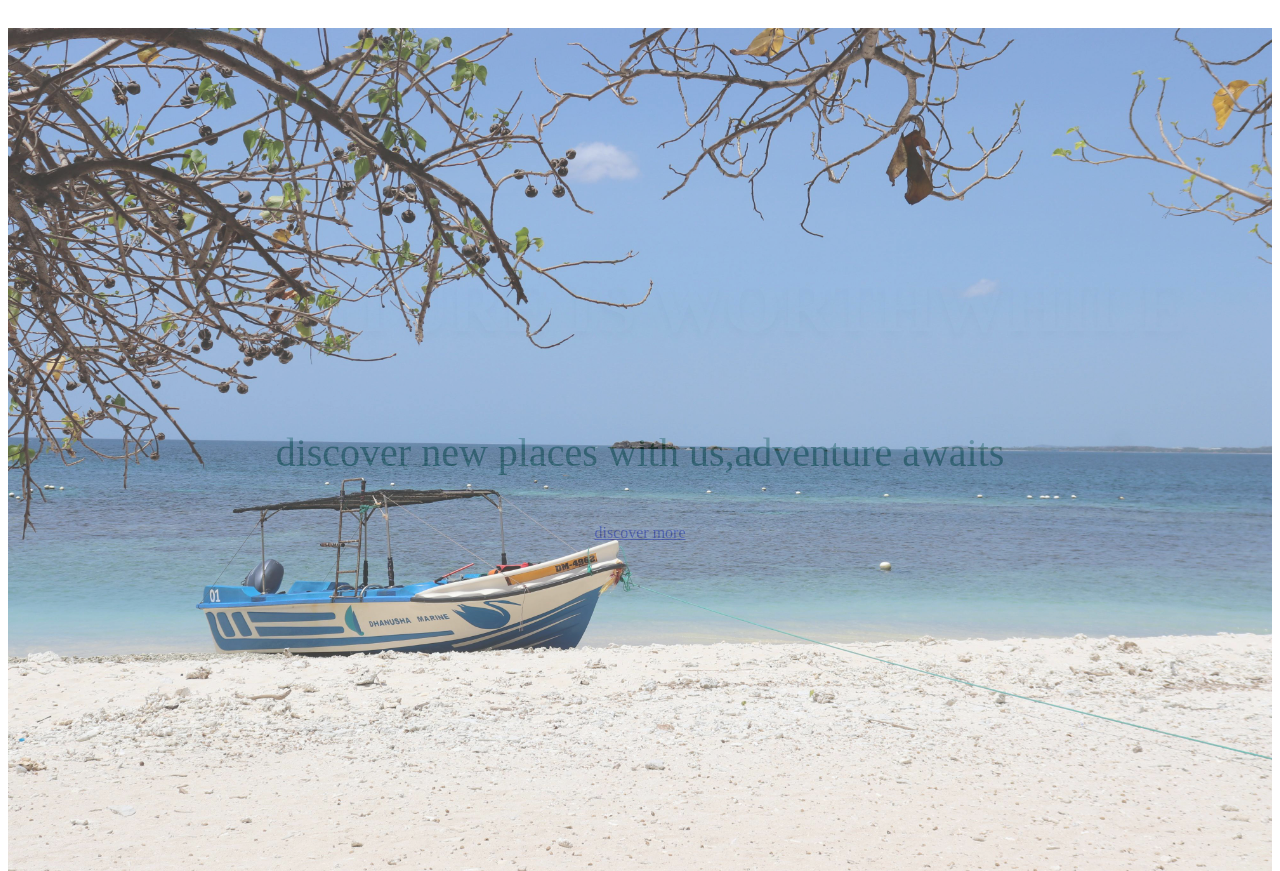
Repository: KasunInd27/Ceylon-Journey
Page: Home/home.html
These files come from the project's save history. The page is drawn as it stood at one moment and after the next save; the edit follows.
The browser window is 1280 px wide. The pictures show the whole page.

Above is the page before, as saved 2024-10-05 13:40:35.
Console error: SyntaxError: Unexpected token '<'

### Home/home.html
<!DOCTYPE html>
<html lang="en">
<head>
    <meta charset="UTF-8">
    <meta name="viewport" content="width=device-width, initial-scale=1.0">
    <!-- Font Awesome CDN link for using icons -->
    <link rel="stylesheet" href="https://cdnjs.cloudflare.com/ajax/libs/font-awesome/5.15.3/css/all.min.css">
    <link href="https://fonts.googleapis.com/css2?family=Roboto:wght@400;700&display=swap" rel="stylesheet">

    <link rel="stylesheet" href="CSS/home.css">
    <script src="JS/home.js"></script>
    <style>
        .mySlides {display:none;}
    </style>
    <title>Home Page</title>
</head>
<body>
    <section class="home" id="home">
        <div class="content">
            <h3>adventure is worthwhile</h3>
            <p>discover new places with us,adventure awaits</p>
            <a href="#" class="btn">discover more</a>
        </div>

        <div class="slide" style="max-width:100%">
            <img class="homeSlides" src="../image/train.jpg" style="width:100%">
            <img class="homeSlides" src="../image/elephants.jpg" style="width:100%">
            <img class="homeSlides" src="../image/boat.jpg" style="width:100%">
            <img class="homeSlides" src="../image/fish.jpg" style="width:100%">
            <img class="homeSlides" src="../image/arc.jpg" style="width:100%">
        </div>
    </section>

    <script>
        var myIndex = 0;
        carousel();

        function carousel() {
          var i;
          var x = document.getElementsByClassName("homeSlides");
          for (i = 0; i < x.length; i++) {
            x[i].style.display = "none";
          }
          myIndex++;
          if (myIndex > x.length) {myIndex = 1}
          x[myIndex-1].style.display = "block";
          setTimeout(carousel, 2000); // Change image every 2 seconds
        }
        </script>


</body>
</html>

### Home/CSS/home.css
.home.controls {
    padding: 1rem;
    border-radius: 5rem;
    background: rgba(0, 0, 0, .7);
    position: relative;
    top: 10rem;

}

.home .controls .img-btn {

    height: 2rem;
    width: 2rem;
    display: inline-block;
    border-radius: 50%;
    background: #fff;
    cursor: pointer;
    margin: 0 .5rem;

}
.home .controls .img-btn.active {
    background: var(--orange);

}
#home {
    min-height: 100vh;
    /* Ensures it takes up the full viewport height */
    display: flex;
    /* Enables flexbox layout */
    align-items: center;
    /* Vertically centers content */
    justify-content: center;
    /* Horizontally centers content */
    flex-flow: column;
    /* Aligns children in a column layout */
    position: relative;
    /* Allows child elements to use absolute positioning */
    z-index: 0;
    /* Ensures this section has the correct stacking order */
}
.home .content {
    text-align: center;
    /* Centers the text within the .content container */
}
/* Styles for h3 elements inside the .content class within the .home section */

.home .content h3 {
    font-size: 4.5rem;
    /* Sets a large font size for the heading */
    color: #ffffff;
    /* White text color */
    text-transform: uppercase;
    /* Makes the text uppercase */
    text-shadow: 0 .3rem .5rem rgba(0, 0, 0, .1);
    /* Adds a soft shadow to the text */


}

.home .content p {
    font-size: 2.5rem;
    /* Sets the font size for paragraphs inside the .content class in the .home section */
    color: #025817;
    /* Sets the text color to white */
    padding: 0.5rem 0;
    /* Adds vertical padding (top and bottom) of 0.5rem */
}

.slide
{
    margin-top: -320px;
    background-size:contain;
    background-position:center;
    background-repeat: no-repeat;
    position:absolute;
    width: 100%;
    height: 50%;
    opacity: 0.80;
}

### Home/JS/home.js
<!DOCTYPE html>
<html lang="en">
<head>
    <meta charset="UTF-8">
    <meta name="viewport" content="width=device-width, initial-scale=1.0">
    <!-- Font Awesome CDN link for using icons -->
    <link rel="stylesheet" href="https://cdnjs.cloudflare.com/ajax/libs/font-awesome/5.15.3/css/all.min.css">
    <link href="https://fonts.googleapis.com/css2?family=Roboto:wght@400;700&display=swap" rel="stylesheet">

    <link rel="stylesheet" href="CSS/home.css">
    <script src="JS/home.js"></script>
    <style>.imgSlide {display:none;}</style>
    <title>Home Page</title>
</head>
<body>
    <section class="home" id="home">
        <div class="content">
            <h3>adventure is worthwhile</h3>
            <p>discover new places with us,adventure awaits</p>
            <a href="#" class="btn">discover more</a>
        </div>

        <div class="image-slide" style="max-width:500px">
            <img class="imgSlide" src="../image/train.jpg" style="width:100%">
            <img class="imgSlide" src="../image/elephants.jpg" style="width:100%">
            <img class="imgSlide" src="../image/boats.jpg" style="width:100%">
            <img class="imgSlide" src="../image/fish.jpg" style="width:100%">
            <img class="imgSlide" src="../image/arc.jpg" style="width:100%">

        </div>


    </section>
</body>
</html>

After the next save:
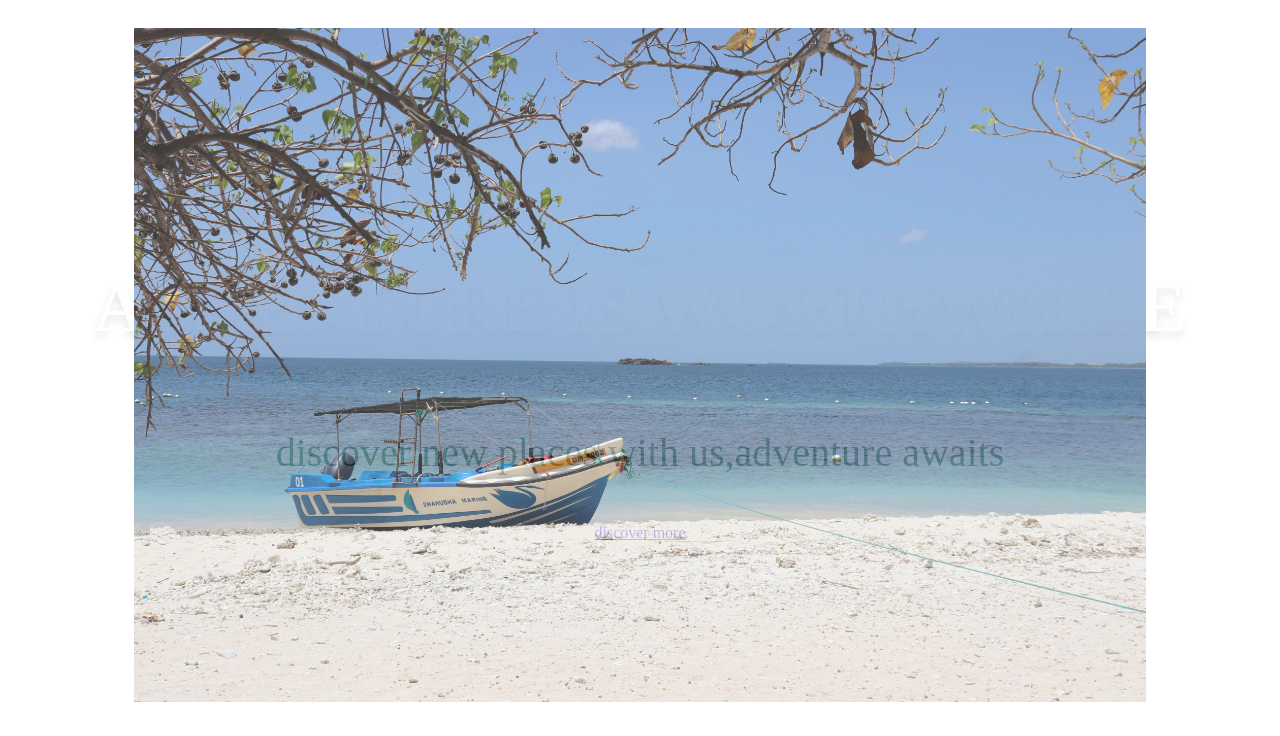
Saved 8 min 15 s later.
--- a/Home/home.html
+++ b/Home/home.html
@@ -22,7 +22,7 @@
             <a href="#" class="btn">discover more</a>
         </div>
 
-        <div class="slide" style="max-width:100%">
+        <div class="slide" style="max-width:80%">
             <img class="homeSlides" src="../image/train.jpg" style="width:100%">
             <img class="homeSlides" src="../image/elephants.jpg" style="width:100%">
             <img class="homeSlides" src="../image/boat.jpg" style="width:100%">

After the save that followed:
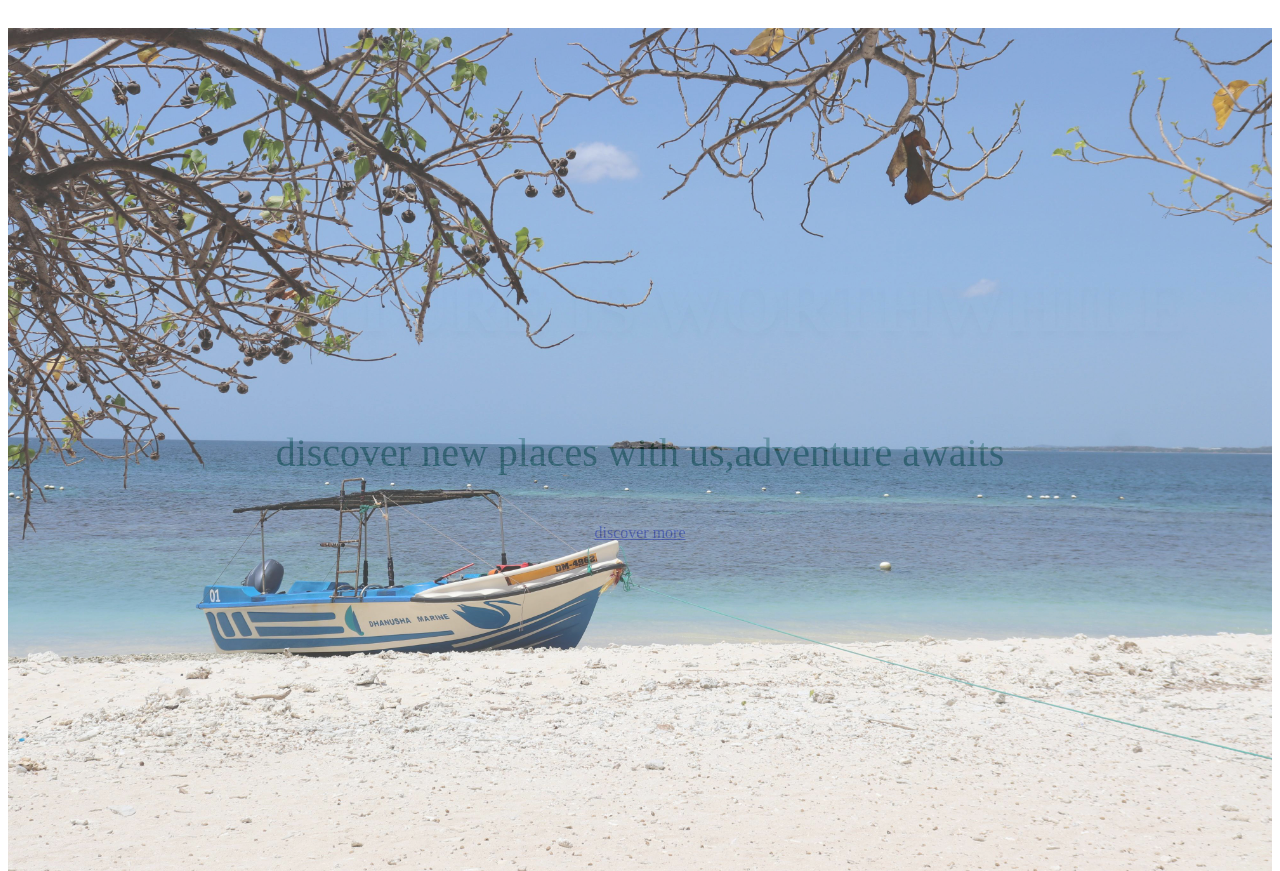
Saved 29 s later.
--- a/Home/home.html
+++ b/Home/home.html
@@ -22,7 +22,7 @@
             <a href="#" class="btn">discover more</a>
         </div>
 
-        <div class="slide" style="max-width:80%">
+        <div class="slide" style="max-width:100%">
             <img class="homeSlides" src="../image/train.jpg" style="width:100%">
             <img class="homeSlides" src="../image/elephants.jpg" style="width:100%">
             <img class="homeSlides" src="../image/boat.jpg" style="width:100%">
